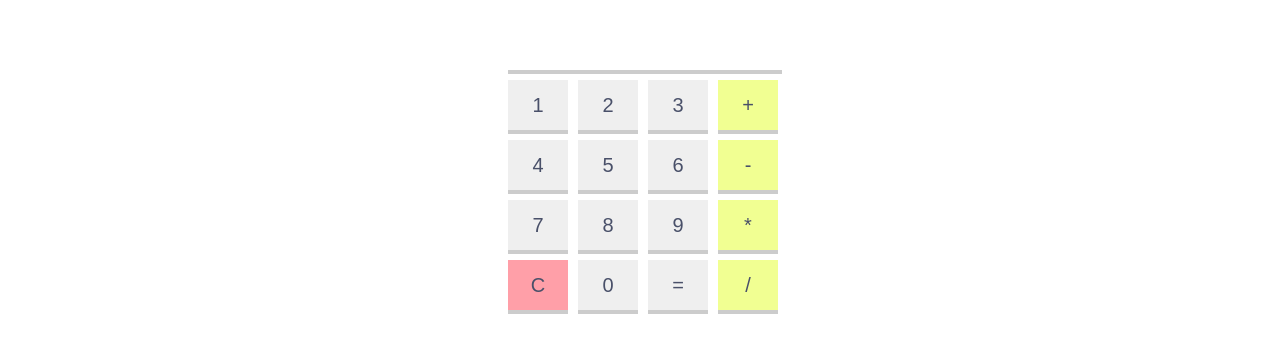
Repository: Drumstrum88/LAB-calculator
Page: index.html
An editor plug-in stored every save of this project. The page is shown before and after the next save, followed by the edit.
The browser window is 1280 px wide. The pictures show the whole page.

Above is the page before, as saved 2023-04-15 20:55:27.

### index.html
<!DOCTYPE html>
<html lang="en">
<head>
  <meta charset="UTF-8">
  <meta http-equiv="X-UA-Compatible" content="IE=edge">
  <meta name="viewport" content="width=device-width, initial-scale=1.0">
  <title>Calculator</title>
  <link rel="stylesheet" href="main.css">
</head>
<body>
  <div class="center-div">
  <input type="text" name="input" size="16" id="answer"><br>
  <input type="button" name="one" value="1" onclick="calc.input.value += '1'">
            <input type="button" name="two" value="2" onclick="calc.input.value += '2'">
            <input type="button" name="three" value="3" onclick="calc.input.value += '3'">
            <input type="button" class="operator" name="plus" value="+" onclick="calc.input.value += '+'">
            <br>
            <input type="button" name="four" value="4" onclick="calc.input.value += '4'">
            <input type="button" name="five" value="5" onclick="calc.input.value += '5'">
            <input type="button" name="six" value="6" onclick="calc.input.value += '6'">
            <input type="button" class="operator" name="minus" value="-" onclick="calc.input.value += '-'">
             <br>
             <input type="button" name="seven" value="7" onclick="calc.input.value += '7'">
             <input type="button" name="eight" value="8" onclick="calc.input.value += '8'">
             <input type="button" name="nine" value="9" onclick="calc.input.value += '9'">
             <input type="button" class="operator" name="times" value="*" onclick="calc.input.value += '*'">
             <br>
             <input type="button" id="clear" name="clear" value=" C " onclick="calc.input.value=''">
             <input type="button" name="zero" value="0" onclick="clac.input.value +='0'">
             <input type="button" name="doit" value=" = " onclick="calc.input.value=eval(calc.input.value)">
             <input type="button" class="operator" name="div" value="/" onclick="calc.input.value += '/'">
            </div>
  </body>
</html>

### main.css
body {
  display: flex;
  justify-content: center;
  align-items: center;
}
  center-div {
  width: 400px;
  background-color: 000000;
  }


  #answer{
    width: 270px;
    font-size: 26px;
    text-align: right;
    background-color: #ffffff;
    float: left;
}
/* answer hover effect */
#answer:hover{
    width: 270px;
    font-size: 26px;
    text-align: right;
    box-shadow: 0 4px rgba(0,0,0,0.2);
    background-color: #ffffff;
}

input{
  outline: 0;
  position: relative;
  left: 5px;
  top: 5px;
  border: 0;
  color: #495069;
  background-color: 4px;
  width: 60px;
  height: 50px;
  float: left;
  margin: 5px;
  font-size: 20px;
  box-shadow: 0 4px rgba(0,0,0,0.2);
}

.operator{
  background-color: #f1ff92;
  position: relative;
}


#clear{
  float: left;
  position: relative;
  display: block;
  background-color: #ff9fa8;
  margin-bottom: 15px;
}

After the next save:
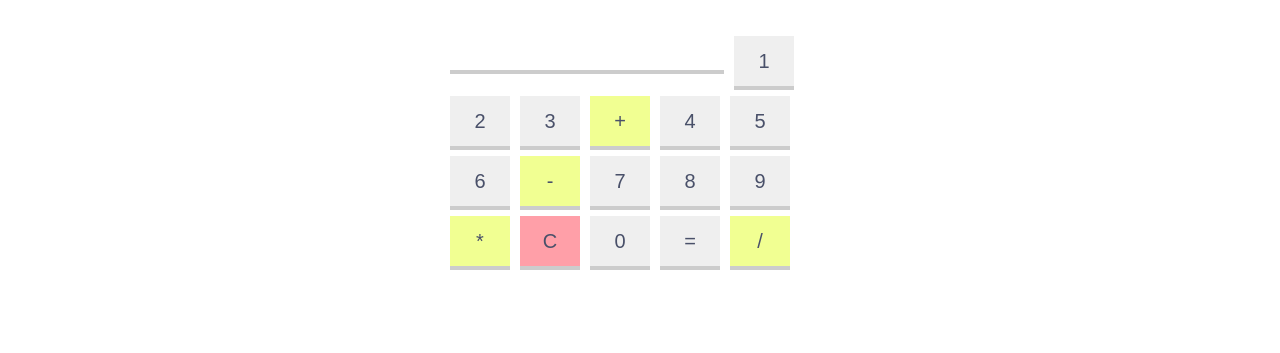
Saved 8 s later.
--- a/main.css
+++ b/main.css
@@ -3,7 +3,7 @@
   justify-content: center;
   align-items: center;
 }
-  center-div {
+  .center-div {
   width: 400px;
   background-color: 000000;
   }

After the save that followed:
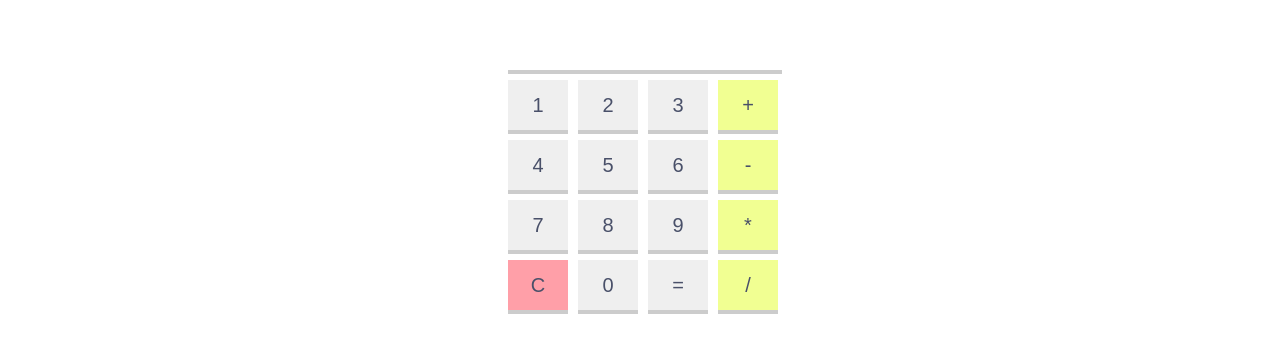
Saved 4 s later.
--- a/main.css
+++ b/main.css
@@ -3,7 +3,7 @@
   justify-content: center;
   align-items: center;
 }
-  .center-div {
+  center-div {
   width: 400px;
   background-color: 000000;
   }
